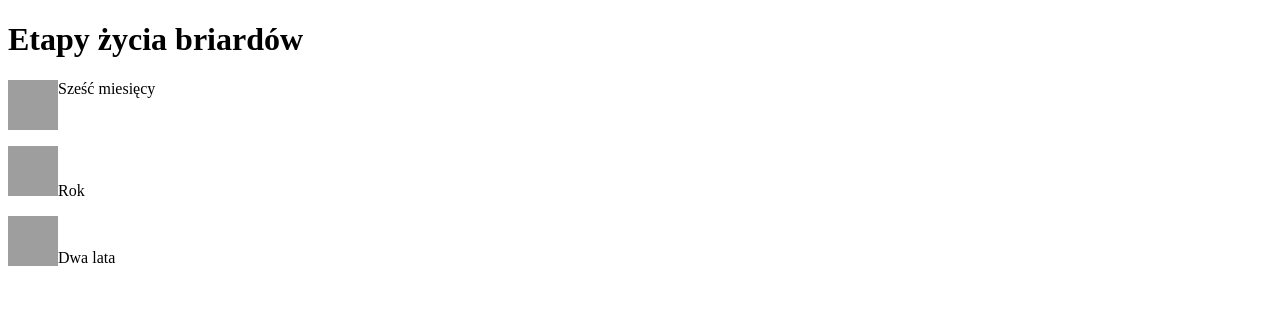
Repository: Lenerystia/HTML
Page: Rozdział 12/Wyrownanie_w_pionie/vertical align.html
These files come from the project's save history. The page is drawn as it stood at one moment and after the next save; the edit follows.
The browser window is 1280 px wide. The pictures show the whole page.
Pictures or frames that could not be fetched are drawn as grey boxes.

Above is the page before, as saved 2022-02-02 12:30:34.

### Rozdział 12/Wyrownanie_w_pionie/vertical align.html
<!DOCTYPE html>
<html lang="en">
<head>
    <meta charset="UTF-8">
    <meta http-equiv="X-UA-Compatible" content="IE=edge">
    <meta name="viewport" content="width=device-width, initial-scale=1.0">
    <title>Wyrównanie w pionie</title>
    <style type="text/css">
        #six-months{
            vertical-align: text-top;
        }
        #one-year{
            vertical-align: baseline;
        }
        #two-years{
            vertical-align: text-bottom;
        }
    </style>
</head>
<body>
    <h1>Etapy życia briardów</h1>
    <p><img src="images/six-months.gif" width="50" height="50" alt="Six months" id="six-months">Sześć miesięcy</p>
    <p><img src="images/one-year.gif" width="50" height="50" alt="One year" id="one-year">Rok</p>
    <p><img src="images/two-years.gif" width="50" height="50" alt="Two years" id="two-years">Dwa lata</p>
</body>
</html>

Loaded but not shown: Rozdział 12/Wyrownanie_w_pionie/style.css (no stored copy; drawn as an empty file)

After the next save:
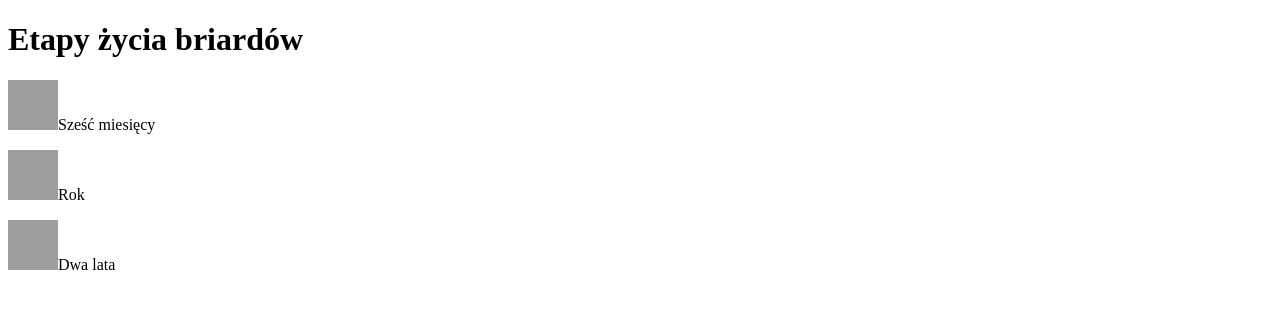
Saved 77 s later.
--- a/Rozdział 12/Wyrownanie_w_pionie/vertical align.html
+++ b/Rozdział 12/Wyrownanie_w_pionie/vertical align.html
@@ -1,21 +1,8 @@
 <!DOCTYPE html>
-<html lang="en">
 <head>
-    <meta charset="UTF-8">
-    <meta http-equiv="X-UA-Compatible" content="IE=edge">
-    <meta name="viewport" content="width=device-width, initial-scale=1.0">
+    <meta http-equiv="content-type" content="text/html; charset=UTF-8">
     <title>Wyrównanie w pionie</title>
-    <style type="text/css">
-        #six-months{
-            vertical-align: text-top;
-        }
-        #one-year{
-            vertical-align: baseline;
-        }
-        #two-years{
-            vertical-align: text-bottom;
-        }
-    </style>
+    <link rel="stylesheet" href="style.css">
 </head>
 <body>
     <h1>Etapy życia briardów</h1>
